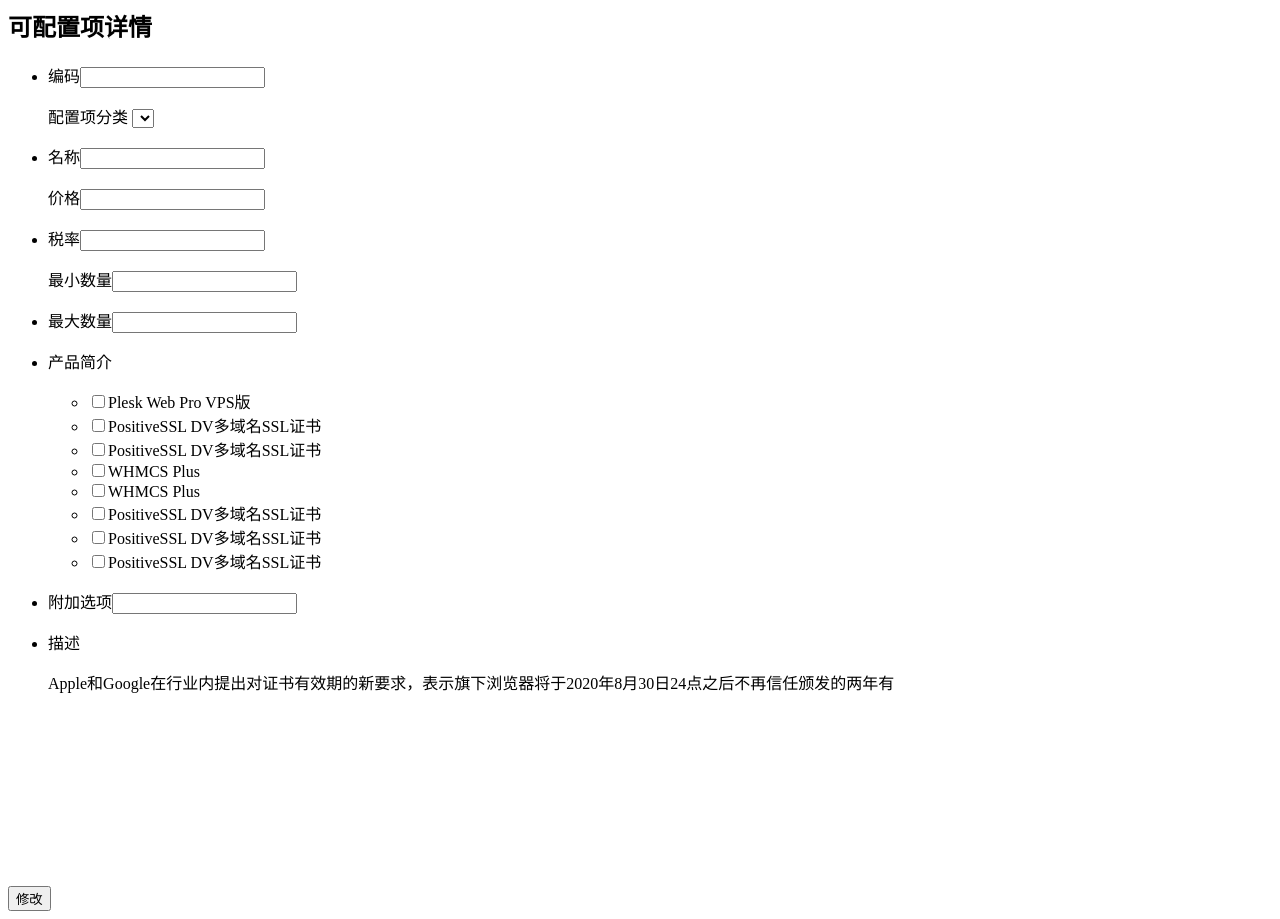
Repository: wangyan466393/racentSystem
Page: configurableDetail.html
These files come from the project's save history. The page is drawn as it stood at one moment and after the next save; the edit follows.
The browser window is 1280 px wide. The pictures show the whole page.

Above is the page before, as saved 2020-08-12 15:20:38.

After the next save:
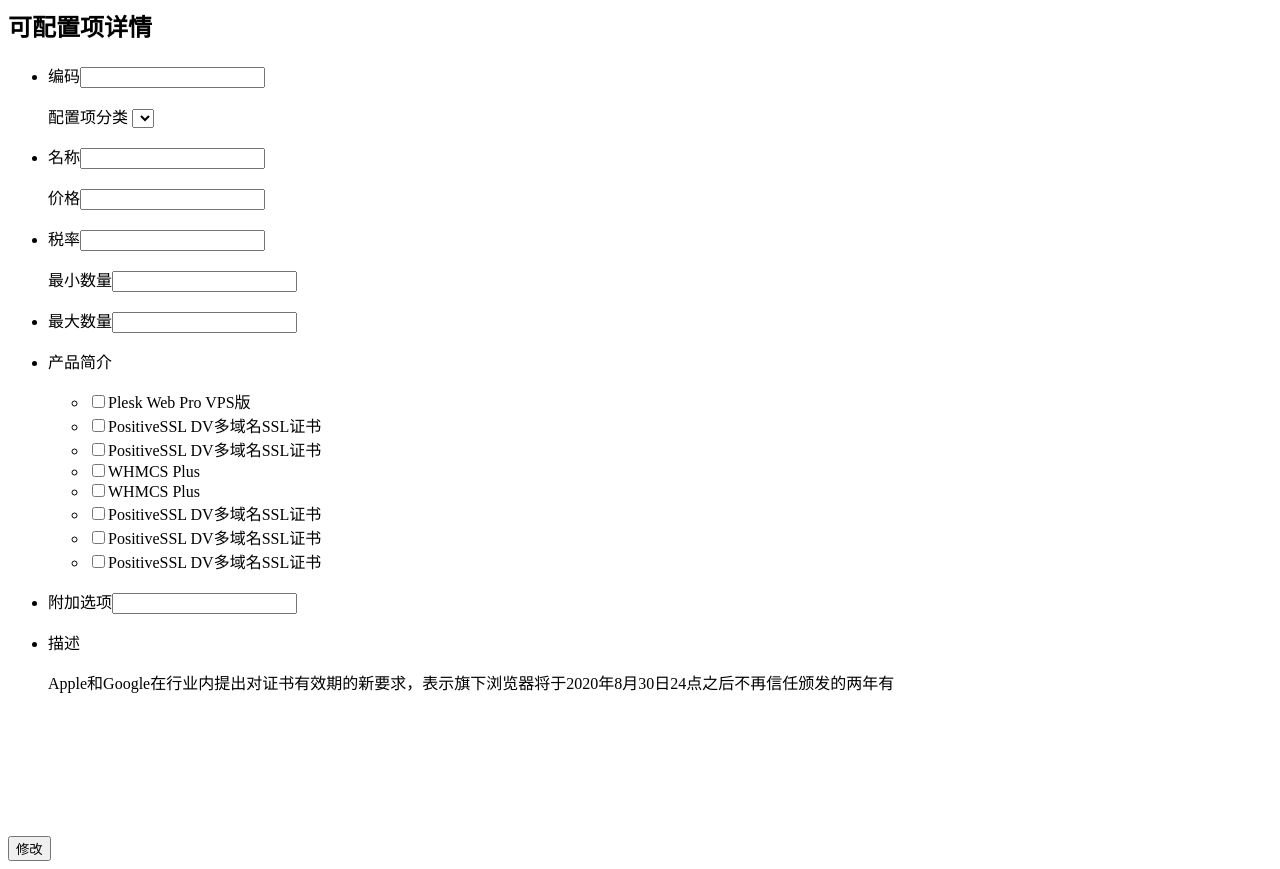
Saved 21 s later.
--- a/configurableDetail.html
+++ b/configurableDetail.html
@@ -80,7 +80,7 @@
             </li>
             <li>
                <p> <span>描述</span></p>
-                <div class="e_content" style="width: 100%;min-height: 200px;">
+                <div class="e_content" style="width: 100%;min-height: 150px;">
                     <p>
                         Apple和Google在行业内提出对证书有效期的新要求，表示旗下浏览器将于2020年8月30日24点之后不再信任颁发的两年有
                     </p>
